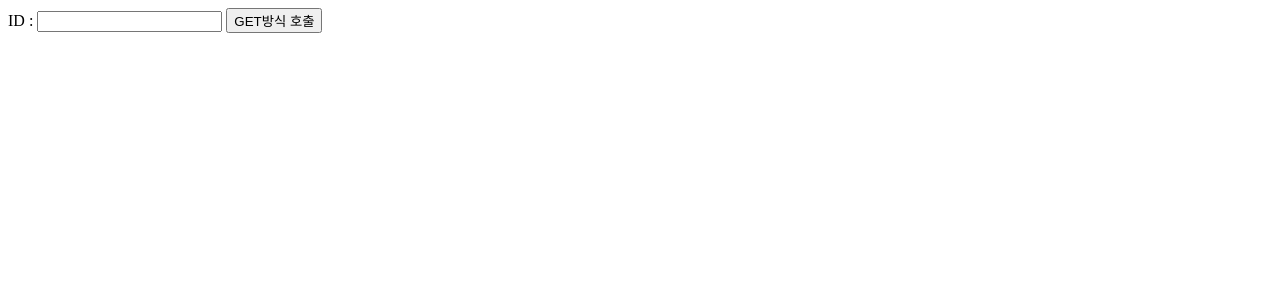
Repository: sunnny10/web-workspace
Page: Lecture-Web/src/main/webapp/servlet/method.html
These files come from the project's save history. The page is drawn as it stood at one moment and after the next save; the edit follows.
The browser window is 1280 px wide. The pictures show the whole page.

Above is the page before, as saved 2022-06-02 02:15:20.

### Lecture-Web/src/main/webapp/servlet/method.html
<!DOCTYPE html>
<html>
<head>
<meta charset="UTF-8">
<title>Insert title here</title>
</head>
<body>
	<!-- http://localhost:9999/Lecture-Web/method 요청 -->
	<form action="/Lecture-Web/method" method="get">
		ID : <input type="text" name="id">
		<input type="submit" value="GET방식 호출">
	</form>
</body>
</html>

After the next save:
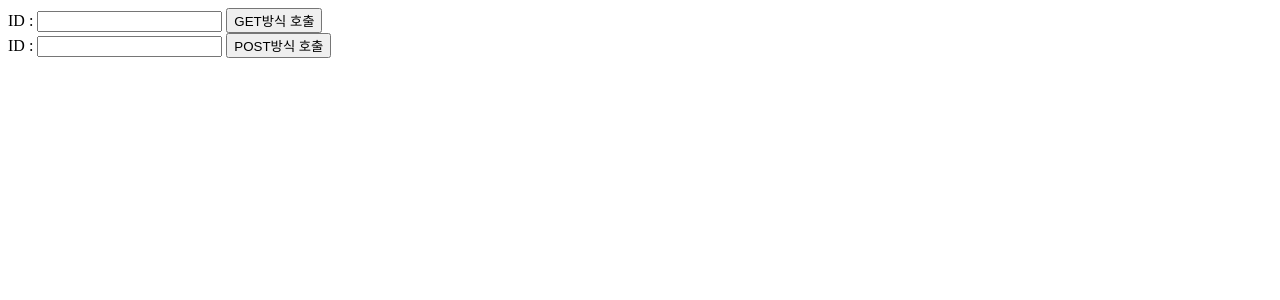
Saved 19 s later.
--- a/Lecture-Web/src/main/webapp/servlet/method.html
+++ b/Lecture-Web/src/main/webapp/servlet/method.html
@@ -10,5 +10,9 @@
 		ID : <input type="text" name="id">
 		<input type="submit" value="GET방식 호출">
 	</form>
+	<form action="/Lecture-Web/method" method="post">
+		ID : <input type="text" name="id">
+		<input type="submit" value="POST방식 호출">
+	</form>
 </body>
 </html>
